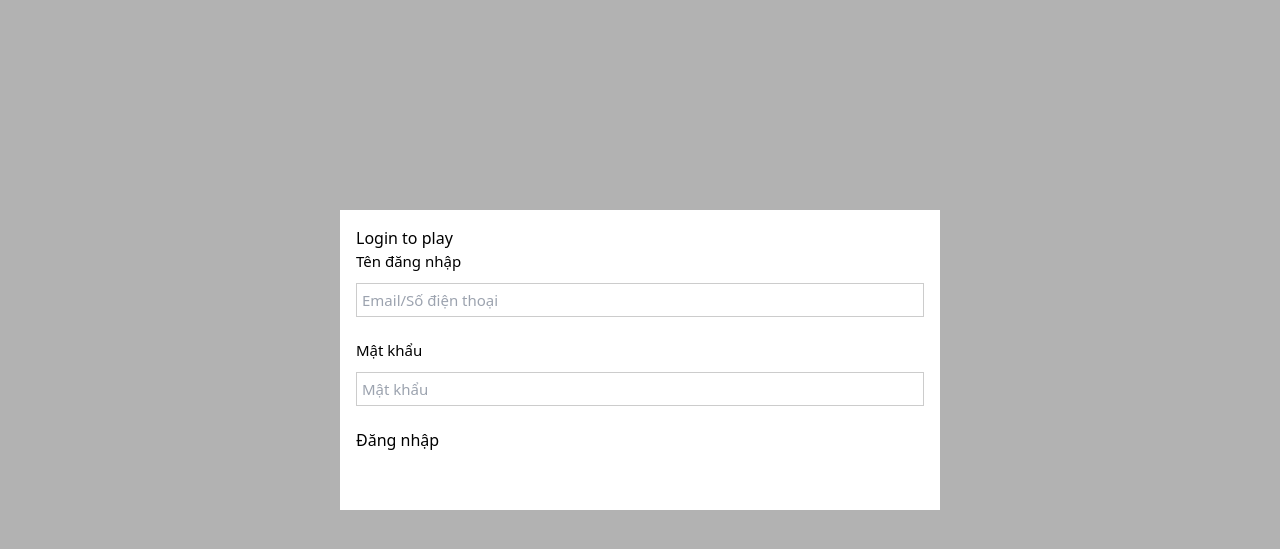
Repository: Teddy1705/demo_pj
Page: /
The author's editor kept a copy of each file at every save. The page is drawn from the files as they stood at one save, then again after the next save.
The browser window is 1280 px wide. The pictures show the whole page.
The project was rebuilt for these pictures with package versions that can differ from the ones it lists, and the page was loaded fresh each time. Also part of the build but not shown: vite.config.js.

Above is the page before, as saved 2024-04-16 09:50:39.

### index.html
<!DOCTYPE html>
<html lang="en">
  <head>
    <meta charset="UTF-8" />
    <link rel="icon" type="image/svg+xml" href="/vite.svg" />
    <meta name="viewport" content="width=device-width, initial-scale=1.0" />
    <title>Tic Tac Toe</title>
    <link rel="stylesheet" href="./src/index.css" />
  </head>
  <body>
    <div id="root"></div>
    <script type="module" src="/src/main.jsx"></script>
  </body>
</html>

### src/index.css
:root {
  --white-color: #fff;
  --black-color: #000;
}

/*
1. Prevent padding and border from affecting element width. (https://github.com/mozdevs/cssremedy/issues/4)
2. Allow adding a border to an element by just adding a border-width. (https://github.com/tailwindcss/tailwindcss/pull/116)
*/

*,
::before,
::after {
  box-sizing: border-box;
  /* 1 */
  border-width: 0;
  /* 2 */
  border-style: solid;
  /* 2 */
  border-color: #e5e7eb;
  /* 2 */
}

::before,
::after {
  --tw-content: "";
}

/*
1. Use a consistent sensible line-height in all browsers.
2. Prevent adjustments of font size after orientation changes in iOS.
3. Use a more readable tab size.
4. Use the user's configured `sans` font-family by default.
5. Use the user's configured `sans` font-feature-settings by default.
6. Use the user's configured `sans` font-variation-settings by default.
7. Disable tap highlights on iOS
*/

html,
:host {
  line-height: 1.5;
  /* 1 */
  -webkit-text-size-adjust: 100%;
  /* 2 */
  -moz-tab-size: 4;
  /* 3 */
  -o-tab-size: 4;
  tab-size: 4;
  /* 3 */
  font-family: ui-sans-serif, system-ui, sans-serif, "Apple Color Emoji",
    "Segoe UI Emoji", "Segoe UI Symbol", "Noto Color Emoji";
  /* 4 */
  font-feature-settings: normal;
  /* 5 */
  font-variation-settings: normal;
  /* 6 */
  -webkit-tap-highlight-color: transparent;
  /* 7 */
}

/*
1. Remove the margin in all browsers.
2. Inherit line-height from `html` so users can set them as a class directly on the `html` element.
*/

body {
  margin: 0;
  /* 1 */
  line-height: inherit;
  /* 2 */
}

/*
1. Add the correct height in Firefox.
2. Correct the inheritance of border color in Firefox. (https://bugzilla.mozilla.org/show_bug.cgi?id=190655)
3. Ensure horizontal rules are visible by default.
*/

hr {
  height: 0;
  /* 1 */
  color: inherit;
  /* 2 */
  border-top-width: 1px;
  /* 3 */
}

/*
Add the correct text decoration in Chrome, Edge, and Safari.
*/

abbr:where([title]) {
  -webkit-text-decoration: underline dotted;
  text-decoration: underline dotted;
}

/*
Remove the default font size and weight for headings.
*/

h1,
h2,
h3,
h4,
h5,
h6 {
  font-size: inherit;
  font-weight: inherit;
}

/*
Reset links to optimize for opt-in styling instead of opt-out.
*/

a {
  color: inherit;
  text-decoration: inherit;
}

/*
Add the correct font weight in Edge and Safari.
*/

b,
strong {
  font-weight: bolder;
}

/*
1. Use the user's configured `mono` font-family by default.
2. Use the user's configured `mono` font-feature-settings by default.
3. Use the user's configured `mono` font-variation-settings by default.
4. Correct the odd `em` font sizing in all browsers.
*/

code,
kbd,
samp,
pre {
  font-family: ui-monospace, SFMono-Regular, Menlo, Monaco, Consolas,
    "Liberation Mono", "Courier New", monospace;
  /* 1 */
  font-feature-settings: normal;
  /* 2 */
  font-variation-settings: normal;
  /* 3 */
  font-size: 1em;
  /* 4 */
}

/*
Add the correct font size in all browsers.
*/

small {
  font-size: 80%;
}

/*
Prevent `sub` and `sup` elements from affecting the line height in all browsers.
*/

sub,
sup {
  font-size: 75%;
  line-height: 0;
  position: relative;
  vertical-align: baseline;
}

sub {
  bottom: -0.25em;
}

sup {
  top: -0.5em;
}

/*
1. Remove text indentation from table contents in Chrome and Safari. (https://bugs.chromium.org/p/chromium/issues/detail?id=999088, https://bugs.webkit.org/show_bug.cgi?id=201297)
2. Correct table border color inheritance in all Chrome and Safari. (https://bugs.chromium.org/p/chromium/issues/detail?id=935729, https://bugs.webkit.org/show_bug.cgi?id=195016)
3. Remove gaps between table borders by default.
*/

table {
  text-indent: 0;
  /* 1 */
  border-color: inherit;
  /* 2 */
  border-collapse: collapse;
  /* 3 */
}

/*
1. Change the font styles in all browsers.
2. Remove the margin in Firefox and Safari.
3. Remove default padding in all browsers.
*/

button,
input,
optgroup,
select,
textarea {
  font-family: inherit;
  /* 1 */
  font-feature-settings: inherit;
  /* 1 */
  font-variation-settings: inherit;
  /* 1 */
  font-size: 100%;
  /* 1 */
  font-weight: inherit;
  /* 1 */
  line-height: inherit;
  /* 1 */
  letter-spacing: inherit;
  /* 1 */
  color: inherit;
  /* 1 */
  margin: 0;
  /* 2 */
  padding: 0;
  /* 3 */
}

/*
Remove the inheritance of text transform in Edge and Firefox.
*/

button,
select {
  text-transform: none;
}

/*
1. Correct the inability to style clickable types in iOS and Safari.
2. Remove default button styles.
*/

button,
input:where([type="button"]),
input:where([type="reset"]),
input:where([type="submit"]) {
  -webkit-appearance: button;
  /* 1 */
  background-color: transparent;
  /* 2 */
  background-image: none;
  /* 2 */
}

/*
Use the modern Firefox focus style for all focusable elements.
*/

:-moz-focusring {
  outline: auto;
}

/*
Remove the additional `:invalid` styles in Firefox. (https://github.com/mozilla/gecko-dev/blob/2f9eacd9d3d995c937b4251a5557d95d494c9be1/layout/style/res/forms.css#L728-L737)
*/

:-moz-ui-invalid {
  box-shadow: none;
}

/*
Add the correct vertical alignment in Chrome and Firefox.
*/

progress {
  vertical-align: baseline;
}

/*
Correct the cursor style of increment and decrement buttons in Safari.
*/

::-webkit-inner-spin-button,
::-webkit-outer-spin-button {
  height: auto;
}

/*
1. Correct the odd appearance in Chrome and Safari.
2. Correct the outline style in Safari.
*/

[type="search"] {
  -webkit-appearance: textfield;
  /* 1 */
  outline-offset: -2px;
  /* 2 */
}

/*
Remove the inner padding in Chrome and Safari on macOS.
*/

::-webkit-search-decoration {
  -webkit-appearance: none;
}

/*
1. Correct the inability to style clickable types in iOS and Safari.
2. Change font properties to `inherit` in Safari.
*/

::-webkit-file-upload-button {
  -webkit-appearance: button;
  /* 1 */
  font: inherit;
  /* 2 */
}

/*
Add the correct display in Chrome and Safari.
*/

summary {
  display: list-item;
}

/*
Removes the default spacing and border for appropriate elements.
*/

blockquote,
dl,
dd,
h1,
h2,
h3,
h4,
h5,
h6,
hr,
figure,
p,
pre {
  margin: 0;
}

fieldset {
  margin: 0;
  padding: 0;
}

legend {
  padding: 0;
}

ol,
ul,
menu {
  list-style: none;
  margin: 0;
  padding: 0;
}

/*
Reset default styling for dialogs.
*/

dialog {
  padding: 0;
}

/*
Prevent resizing textareas horizontally by default.
*/

textarea {
  resize: vertical;
}

/*
1. Reset the default placeholder opacity in Firefox. (https://github.com/tailwindlabs/tailwindcss/issues/3300)
2. Set the default placeholder color to the user's configured gray 400 color.
*/

input::-moz-placeholder,
textarea::-moz-placeholder {
  opacity: 1;
  /* 1 */
  color: #9ca3af;
  /* 2 */
}

input::placeholder,
textarea::placeholder {
  opacity: 1;
  /* 1 */
  color: #9ca3af;
  /* 2 */
}

/*
Set the default cursor for buttons.
*/

button,
[role="button"] {
  cursor: pointer;
}

/*
Make sure disabled buttons don't get the pointer cursor.
*/

:disabled {
  cursor: default;
}

/*
1. Make replaced elements `display: block` by default. (https://github.com/mozdevs/cssremedy/issues/14)
2. Add `vertical-align: middle` to align replaced elements more sensibly by default. (https://github.com/jensimmons/cssremedy/issues/14#issuecomment-634934210)
   This can trigger a poorly considered lint error in some tools but is included by design.
*/

img,
svg,
video,
canvas,
audio,
iframe,
embed,
object {
  display: block;
  /* 1 */
  vertical-align: middle;
  /* 2 */
}

/*
Constrain images and videos to the parent width and preserve their intrinsic aspect ratio. (https://github.com/mozdevs/cssremedy/issues/14)
*/

img,
video {
  max-width: 100%;
  height: auto;
}

/* Make elements with the HTML hidden attribute stay hidden by default */

[hidden] {
  display: none;
}

*,
::before,
::after {
  --tw-border-spacing-x: 0;
  --tw-border-spacing-y: 0;
  --tw-translate-x: 0;
  --tw-translate-y: 0;
  --tw-rotate: 0;
  --tw-skew-x: 0;
  --tw-skew-y: 0;
  --tw-scale-x: 1;
  --tw-scale-y: 1;
  --tw-pan-x: ;
  --tw-pan-y: ;
  --tw-pinch-zoom: ;
  --tw-scroll-snap-strictness: proximity;
  --tw-gradient-from-position: ;
  --tw-gradient-via-position: ;
  --tw-gradient-to-position: ;
  --tw-ordinal: ;
  --tw-slashed-zero: ;
  --tw-numeric-figure: ;
  --tw-numeric-spacing: ;
  --tw-numeric-fraction: ;
  --tw-ring-inset: ;
  --tw-ring-offset-width: 0px;
  --tw-ring-offset-color: #fff;
  --tw-ring-color: rgb(59 130 246 / 0.5);
  --tw-ring-offset-shadow: 0 0 #0000;
  --tw-ring-shadow: 0 0 #0000;
  --tw-shadow: 0 0 #0000;
  --tw-shadow-colored: 0 0 #0000;
  --tw-blur: ;
  --tw-brightness: ;
  --tw-contrast: ;
  --tw-grayscale: ;
  --tw-hue-rotate: ;
  --tw-invert: ;
  --tw-saturate: ;
  --tw-sepia: ;
  --tw-drop-shadow: ;
  --tw-backdrop-blur: ;
  --tw-backdrop-brightness: ;
  --tw-backdrop-contrast: ;
  --tw-backdrop-grayscale: ;
  --tw-backdrop-hue-rotate: ;
  --tw-backdrop-invert: ;
  --tw-backdrop-opacity: ;
  --tw-backdrop-saturate: ;
  --tw-backdrop-sepia: ;
  --tw-contain-size: ;
  --tw-contain-layout: ;
  --tw-contain-paint: ;
  --tw-contain-style: ;
}

::backdrop {
  --tw-border-spacing-x: 0;
  --tw-border-spacing-y: 0;
  --tw-translate-x: 0;
  --tw-translate-y: 0;
  --tw-rotate: 0;
  --tw-skew-x: 0;
  --tw-skew-y: 0;
  --tw-scale-x: 1;
  --tw-scale-y: 1;
  --tw-pan-x: ;
  --tw-pan-y: ;
  --tw-pinch-zoom: ;
  --tw-scroll-snap-strictness: proximity;
  --tw-gradient-from-position: ;
  --tw-gradient-via-position: ;
  --tw-gradient-to-position: ;
  --tw-ordinal: ;
  --tw-slashed-zero: ;
  --tw-numeric-figure: ;
  --tw-numeric-spacing: ;
  --tw-numeric-fraction: ;
  --tw-ring-inset: ;
  --tw-ring-offset-width: 0px;
  --tw-ring-offset-color: #fff;
  --tw-ring-color: rgb(59 130 246 / 0.5);
  --tw-ring-offset-shadow: 0 0 #0000;
  --tw-ring-shadow: 0 0 #0000;
  --tw-shadow: 0 0 #0000;
  --tw-shadow-colored: 0 0 #0000;
  --tw-blur: ;
  --tw-brightness: ;
  --tw-contrast: ;
  --tw-grayscale: ;
  --tw-hue-rotate: ;
  --tw-invert: ;
  --tw-saturate: ;
  --tw-sepia: ;
  --tw-drop-shadow: ;
  --tw-backdrop-blur: ;
  --tw-backdrop-brightness: ;
  --tw-backdrop-contrast: ;
  --tw-backdrop-grayscale: ;
  --tw-backdrop-hue-rotate: ;
  --tw-backdrop-invert: ;
  --tw-backdrop-opacity: ;
  --tw-backdrop-saturate: ;
  --tw-backdrop-sepia: ;
  --tw-contain-size: ;
  --tw-contain-layout: ;
  --tw-contain-paint: ;
  --tw-contain-style: ;
}

#modal {
  position: fixed;
  top: 0;
  right: 0;
  bottom: 0;
  left: 0;
  display: flex;
  align-items: center;
  justify-content: center;
}

#modal .modal__overlay {
  position: absolute;
  width: 100%;
  height: 100%;
  background-color: rgba(0, 0, 0, 0.3);
}

#modal .modal__body {
  position: relative;
  background-color: var(--white-color);
  margin: auto;
  width: 600px;
  min-height: 300px;
  padding: 16px;
}

.auth-form {
}

.auth-form__container {
}

.auth-form__header {
}

.auth-form__heading {
}

.auth-form__info {
}

.auth-form__info-details {
}

.auth-form__label {
  display: block;
  font-size: 15px;
}

.auth-form__info-input {
  border: 1px solid #ccc;
  width: 100%;
  font-size: 15px;
  padding: 5px;
  margin: 10px 0 22px;
}

.auth-form__btn {
}

### src/main.jsx
import React from "react";
import ReactDOM from "react-dom/client";
import App from "./App.jsx";
import { createBrowserRouter, RouterProvider } from "react-router-dom";
import Root from "./routes/root";
import "./index.css";

const router = createBrowserRouter([
  {
    path: "/",
    element: <Root />,
  },
]);

ReactDOM.createRoot(document.getElementById("root")).render(
  <React.StrictMode>
    <RouterProvider router={router} />
    <App />
  </React.StrictMode>
);

### src/routes/root.jsx
export default function Root() {
  return (
    <>
      <div id="modal">
        <div className="modal__overlay"></div>
        <div className="modal__body">
          <div className="auth-form">
            <div className="auth-form__container">
              <div className="auth-form__header">
                <h1 className="auth-form__heading">Login to play</h1>
              </div>
              <div className="auth-form__info">
                <div className="auth-form__info-details">
                  <label htmlFor="" className="auth-form__label">
                    Tên đăng nhập
                  </label>
                  <input
                    type="text"
                    className="auth-form__info-input"
                    placeholder="Email/Số điện thoại"
                  />
                </div>
                <div className="auth-form__info-details">
                  <label htmlFor="" className="auth-form__label">
                    Mật khẩu
                  </label>
                  <input
                    type="password"
                    className="auth-form__info-input"
                    placeholder="Mật khẩu"
                  />
                </div>
              </div>
              <div className="auth-form__btn">
                <a
                  href={`https://codesandbox.io/s/q2z497?file=%2Fsrc%2FApp.js&utm_medium=sandpack`}
                  className=""
                >
                  Đăng nhập
                </a>
              </div>
            </div>
          </div>
        </div>
      </div>
      <div id="detail"></div>
    </>
  );
}

Loaded but not shown: src/App.jsx (common file)

After the next save:
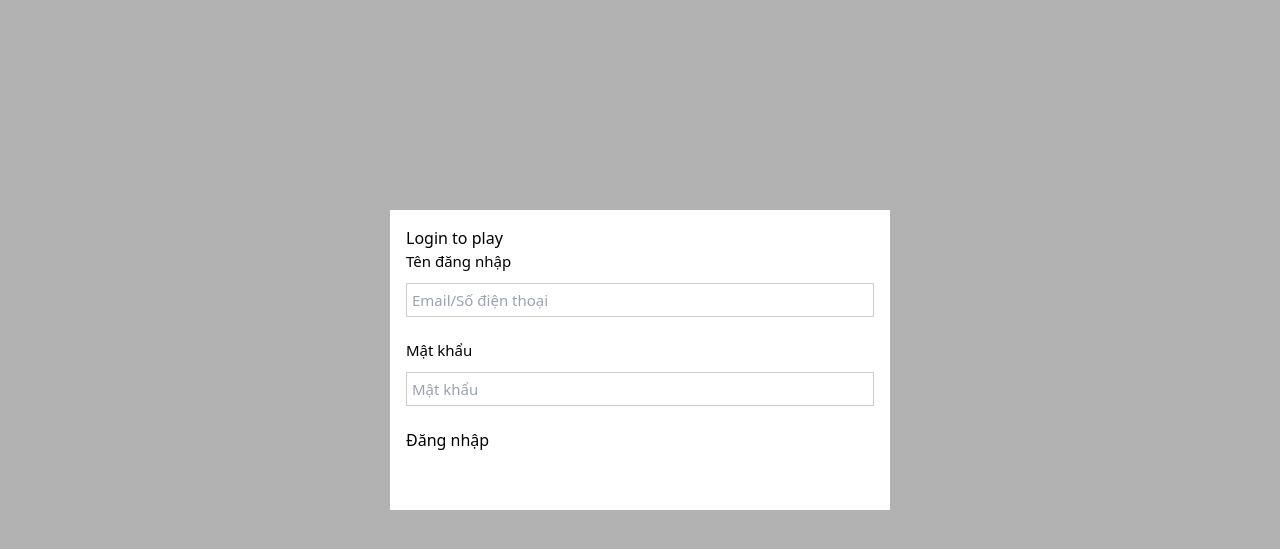
Saved 6 s later.
--- a/src/index.css
+++ b/src/index.css
@@ -582,7 +582,7 @@ video {
   position: relative;
   background-color: var(--white-color);
   margin: auto;
-  width: 600px;
+  width: 500px;
   min-height: 300px;
   padding: 16px;
 }
